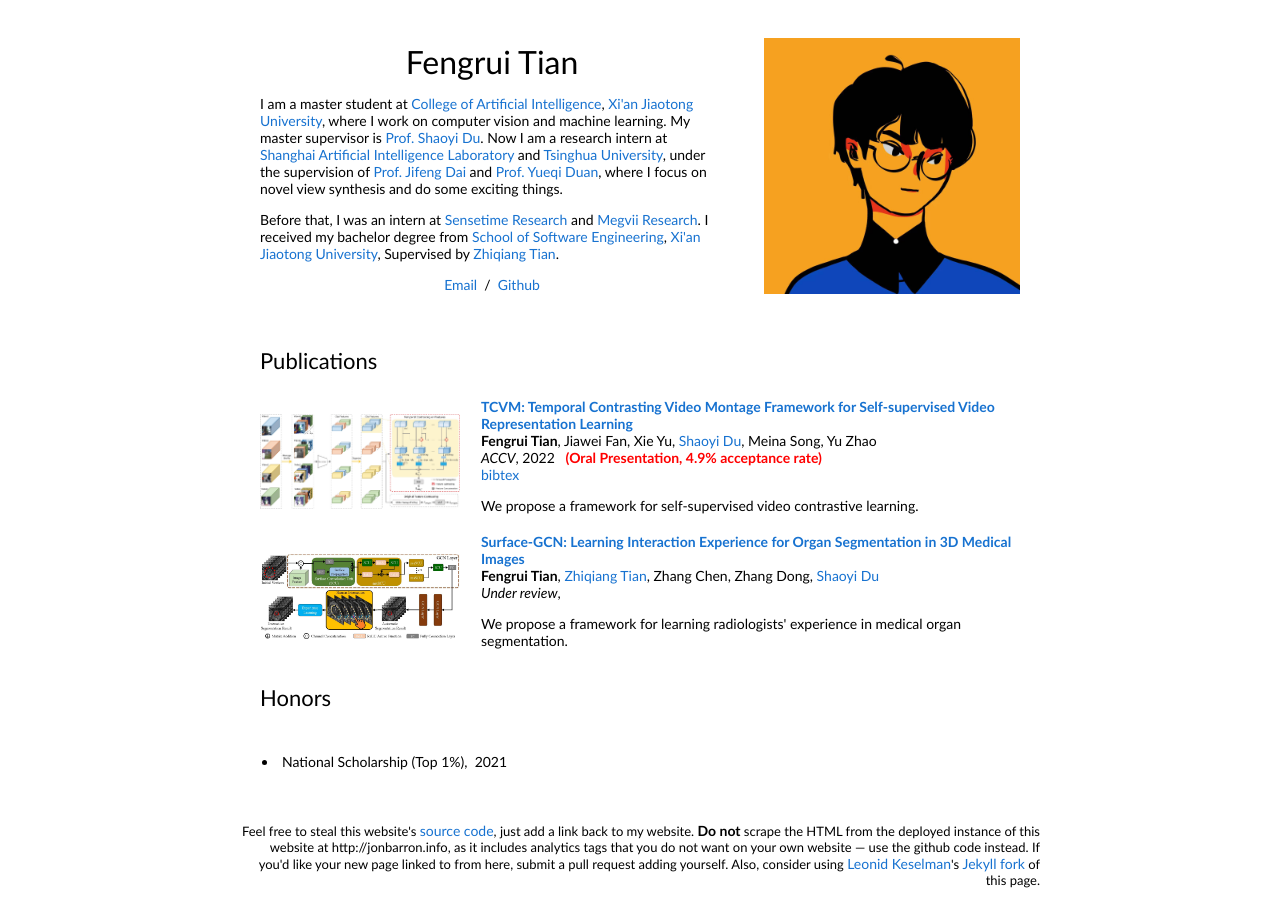
Repository: tianfr/tianfr.github.io
Page: index.html
The author's editor kept a copy of each file at every save. The page is drawn from the files as they stood at one save, then again after the next save.
The browser window is 1280 px wide. The pictures show the whole page.

Above is the page before, as saved 2022-11-20 15:36:43.

After the next save:
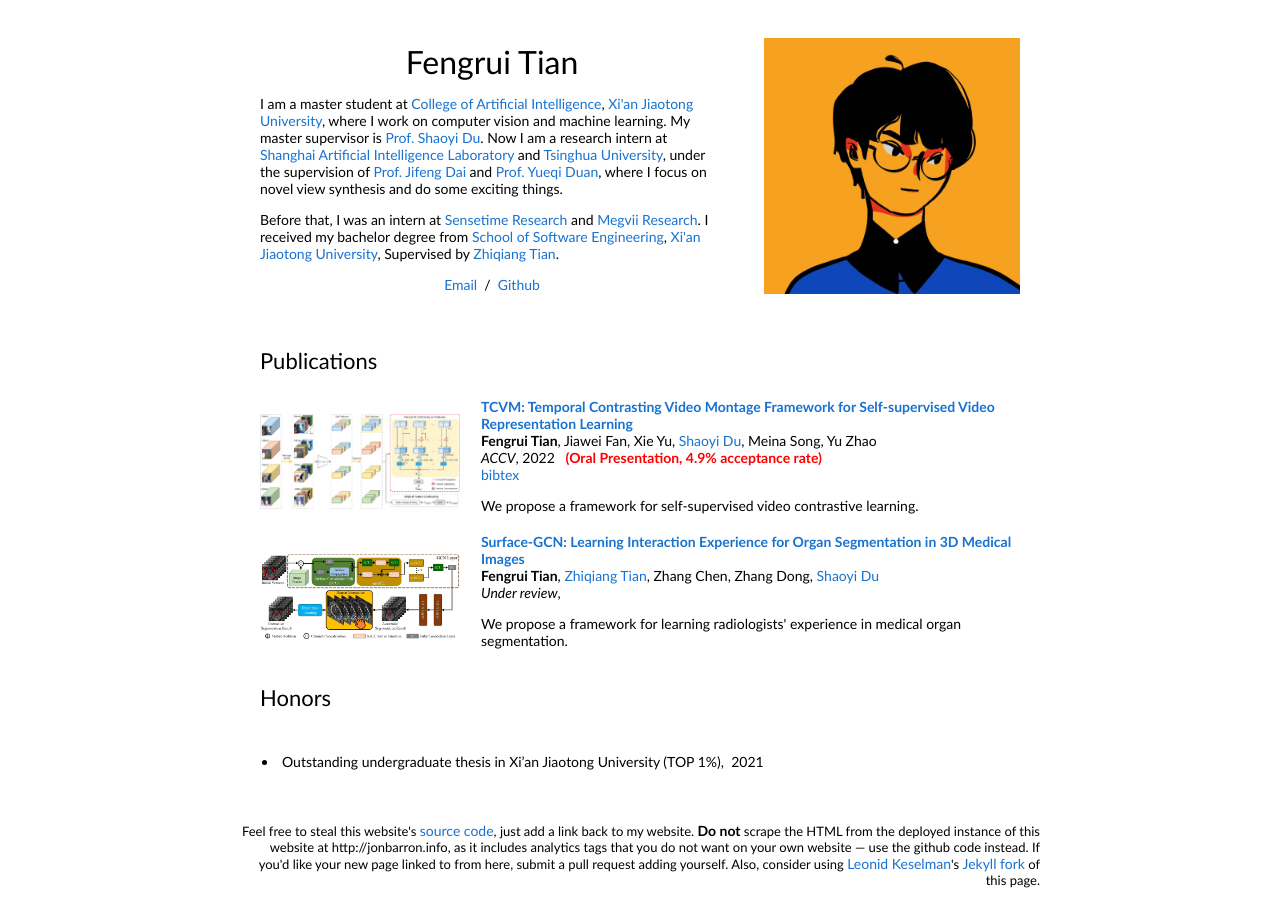
Saved 49 s later.
--- a/index.html
+++ b/index.html
@@ -139,9 +139,9 @@
         </tbody></table>
         <table width="100%" align="center" border="0" cellpadding="20"><tbody>
           <tr>
-            <td style="padding:20px;width:100%;vertical-align:middle"><li>
-              National Scholarship (Top 1%),&nbsp; 2021<br>
-            </li></td>
+            <td style="padding:20px;width:100%;vertical-align:middle">
+              <li>Outstanding undergraduate thesis in Xi’an Jiaotong University (TOP 1%),&nbsp; 2021<br> </li>
+          </td>
 
           </tr>
 
